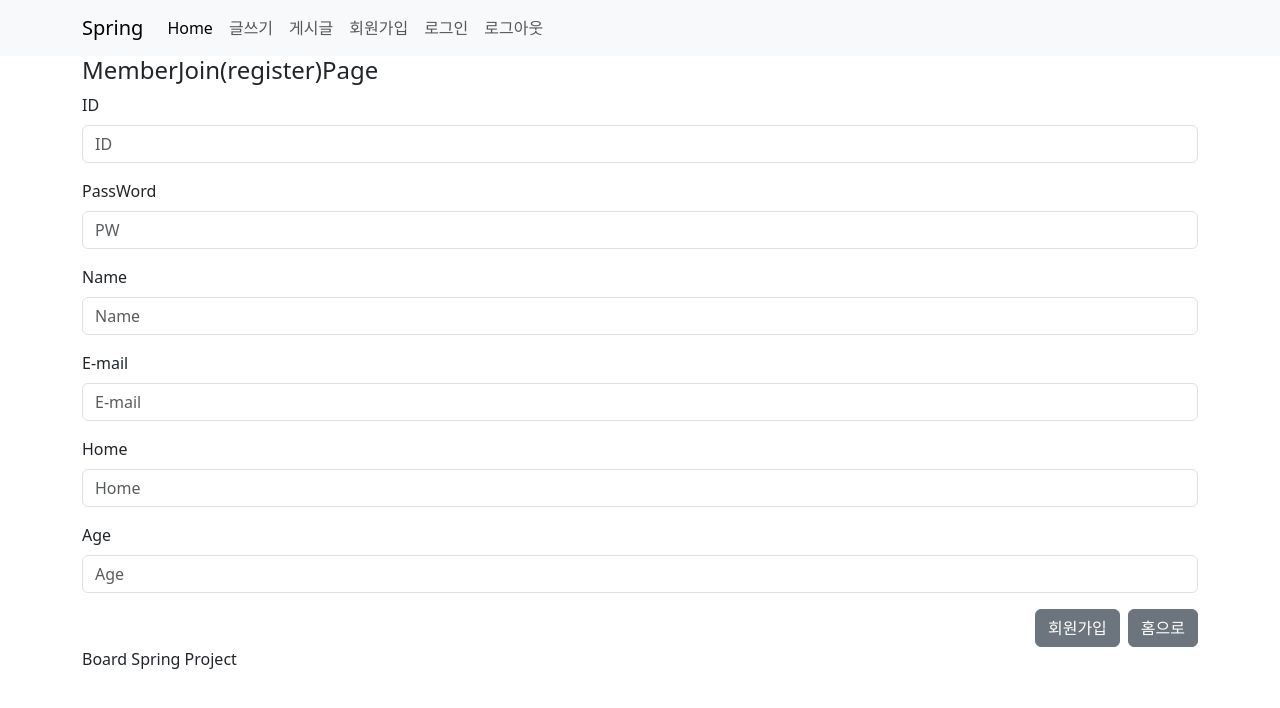
Repository: dasberaht/240430_SPRING_PROJECT
Page: http://localhost/spring_study/WEB-INF/views/member/register.jsp
An editor plug-in stored every save of this project. The page is shown before and after the next save, followed by the edit.
The browser window is 1280 px wide. The pictures show the whole page.
The page is served by Tomcat 9. Nobody is signed in. The template is opened directly, without the code that normally fills it, so the values that code supplies are empty.

Above is the page before, as saved 2024-04-25 05:58:10.

### spring_study/src/main/webapp/WEB-INF/views/member/register.jsp
<%@ page language="java" contentType="text/html; charset=UTF-8"
    pageEncoding="UTF-8"%>

<jsp:include page="../layout/header.jsp" />
	<div class="container-md">

		<h4>MemberJoin(register)Page</h4>

		<form action="" method="post">

			<div class="mb-3">
			  <label for="i" class="form-label">ID</label>
			  <input type="text" class="form-control" name="id" id="i" placeholder="ID">
			</div>
			<div class="mb-3">
			  <label for="p" class="form-label">PassWord</label>
			  <input type="password" class="form-control" name="pw" id="p" placeholder="PW">
			</div>
			<div class="mb-3">
			  <label for="n" class="form-label">Name</label>
			  <input type="text" class="form-control" name="name" id="n" placeholder="Name">
			</div>
			<div class="mb-3">
			  <label for="e" class="form-label">E-mail</label>
			  <input type="text" class="form-control" name="email" id="e" placeholder="E-mail">
			</div>
			<div class="mb-3">
			  <label for="h" class="form-label">Home</label>
			  <input type="text" class="form-control" name="home" id="h" placeholder="Home">
			</div>
			<div class="mb-3">
			  <label for="a" class="form-label">Age</label>
			  <input type="text" class="form-control" name="age" id="a" placeholder="Age">
			</div>

			<div class="d-grid gap-2 d-md-flex justify-content-md-end">
			<button type="submit" class="btn btn-secondary">회원가입</button>
			<a href="/"><button type="button" class="btn btn-secondary">홈으로</button></a>
			</div>

		</form>
	</div>
<jsp:include page="../layout/footer.jsp" />

### spring_study/src/main/webapp/WEB-INF/views/layout/header.jsp
<%@ page language="java" contentType="text/html; charset=UTF-8"
    pageEncoding="UTF-8"%>
<!DOCTYPE html>
<html>
<head>
<meta charset="UTF-8">
<title>header.jsp</title>
<link href="https://cdn.jsdelivr.net/npm/bootstrap@5.3.3/dist/css/bootstrap.min.css" rel="stylesheet" integrity="sha384-QWTKZyjpPEjISv5WaRU9OFeRpok6YctnYmDr5pNlyT2bRjXh0JMhjY6hW+ALEwIH" crossorigin="anonymous">
<script src="https://cdn.jsdelivr.net/npm/bootstrap@5.3.3/dist/js/bootstrap.bundle.min.js" integrity="sha384-YvpcrYf0tY3lHB60NNkmXc5s9fDVZLESaAA55NDzOxhy9GkcIdslK1eN7N6jIeHz" crossorigin="anonymous"></script>
</head>
<body>
<!-- 부트스트랩 네비게이션 바 참고 -->
<nav class="navbar navbar-expand-lg bg-body-tertiary">
  <!-- <div class="container-fluid"> -->
  <div class="container-md">
    <a class="navbar-brand" href="#">Spring</a>
    <button class="navbar-toggler" type="button" data-bs-toggle="collapse" data-bs-target="#navbarSupportedContent" aria-controls="navbarSupportedContent" aria-expanded="false" aria-label="Toggle navigation">
      <span class="navbar-toggler-icon"></span>
    </button>
    <div class="collapse navbar-collapse" id="navbarSupportedContent">
      <ul class="navbar-nav me-auto mb-2 mb-lg-0">
        <li class="nav-item">
          <a class="nav-link active" aria-current="page" href="/">Home</a>
        </li>
        <li class="nav-item">
          <a class="nav-link" href="/board/register">글쓰기</a>
        </li>
        <li class="nav-item">
          <a class="nav-link" href="/board/list">게시글</a>
        </li>
        <li class="nav-item">
          <a class="nav-link" href="/member/register">회원가입</a>
        </li>
        <li class="nav-item">
          <a class="nav-link" href="#">로그인</a>
        </li>
        <li class="nav-item">
          <a class="nav-link" href="#">로그아웃</a>
        </li>
      </ul>
    </div>
  </div>
</nav>

### spring_study/src/main/webapp/WEB-INF/views/layout/footer.jsp
<%@ page language="java" contentType="text/html; charset=UTF-8"
    pageEncoding="UTF-8"%>
<!DOCTYPE html>

<title>footer.jsp</title>
	<div class="container-md">
		Board Spring Project ${serverTime }
	</div>

</body>
</html>

After the next save:
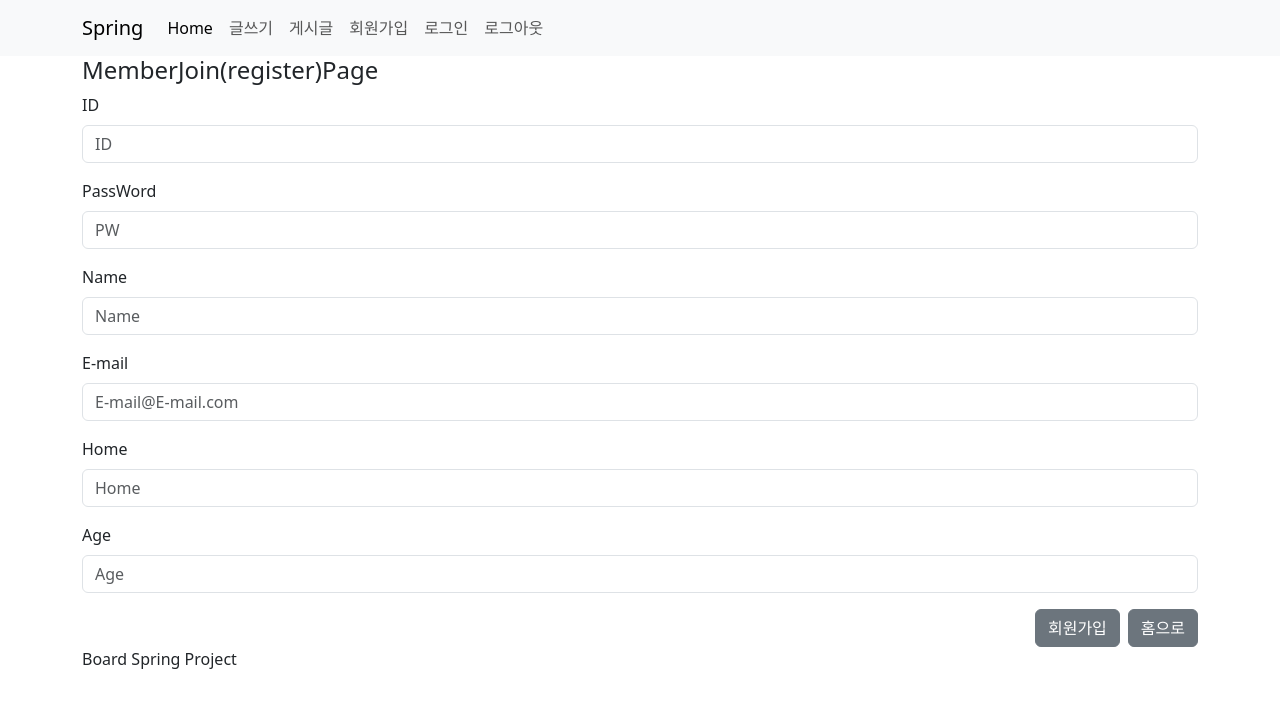
Saved 28 s later.
--- a/spring_study/src/main/webapp/WEB-INF/views/member/register.jsp
+++ b/spring_study/src/main/webapp/WEB-INF/views/member/register.jsp
@@ -22,7 +22,7 @@
 			</div>
 			<div class="mb-3">
 			  <label for="e" class="form-label">E-mail</label>
-			  <input type="text" class="form-control" name="email" id="e" placeholder="E-mail">
+			  <input type="email" class="form-control" name="email" id="e" placeholder="E-mail@E-mail.com">
 			</div>
 			<div class="mb-3">
 			  <label for="h" class="form-label">Home</label>
